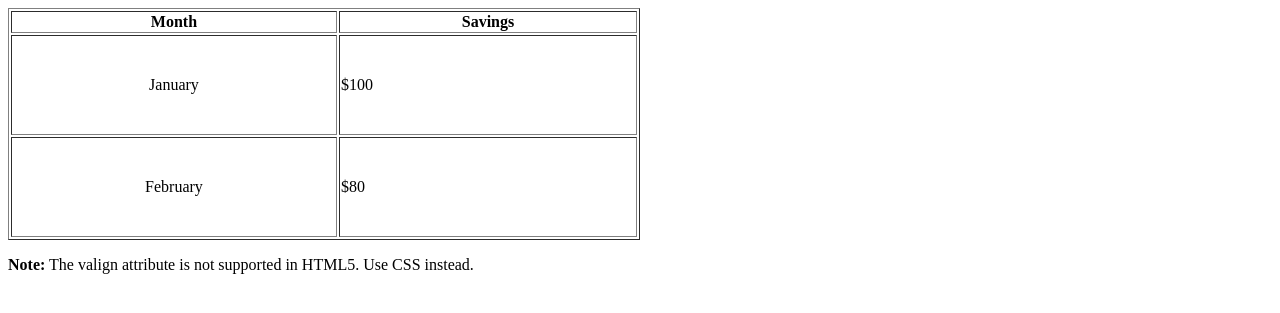
Repository: SanghunOh/learn_publising
Page: HtmlCss/WebContent/HtmlElements/table_align.html
The author's editor kept a copy of each file at every save. The page is drawn from the files as they stood at one save, then again after the next save.
The browser window is 1280 px wide. The pictures show the whole page.

Above is the page before, as saved 2018-05-05 07:35:54.

### HtmlCss/WebContent/HtmlElements/table_align.html
<!DOCTYPE html>
<html>
<body>

	<table style="width: 50%;" border=1>
		<tr>
			<th>Month</th>
			<th>Savings</th>
		</tr>
		<tbody valign="middle">
			<tr style="height: 100px">
				<td align="center">January</td>
				<td>$100</td>
			</tr>
			<tr style="height: 100px">
				<td align="center">February</td>
				<td>$80</td>
			</tr>
		</tbody>
	</table>
	<p>
		<b>Note:</b> The valign attribute is not supported in HTML5. Use CSS
		instead.
	</p>

</body>
</html>

After the next save:
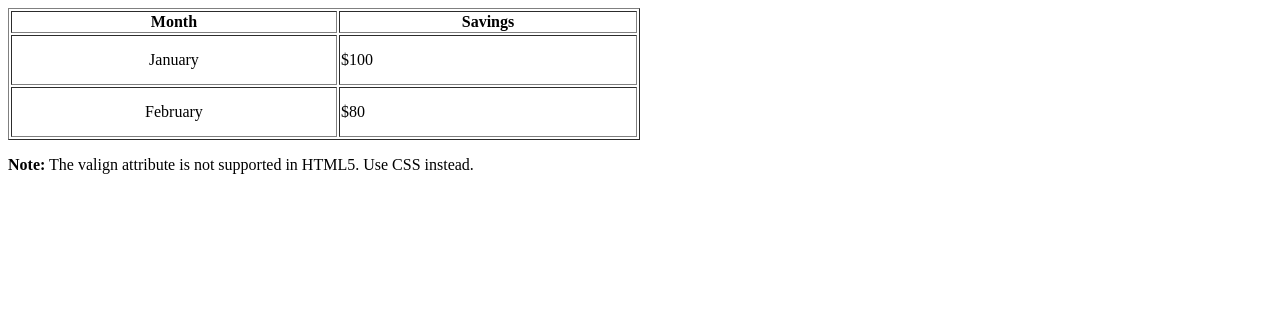
Saved 5 min 25 s later.
--- a/HtmlCss/WebContent/HtmlElements/table_align.html
+++ b/HtmlCss/WebContent/HtmlElements/table_align.html
@@ -8,11 +8,11 @@
 			<th>Savings</th>
 		</tr>
 		<tbody valign="middle">
-			<tr style="height: 100px">
+			<tr style="height: 50px">
 				<td align="center">January</td>
 				<td>$100</td>
 			</tr>
-			<tr style="height: 100px">
+			<tr style="height: 50px">
 				<td align="center">February</td>
 				<td>$80</td>
 			</tr>
